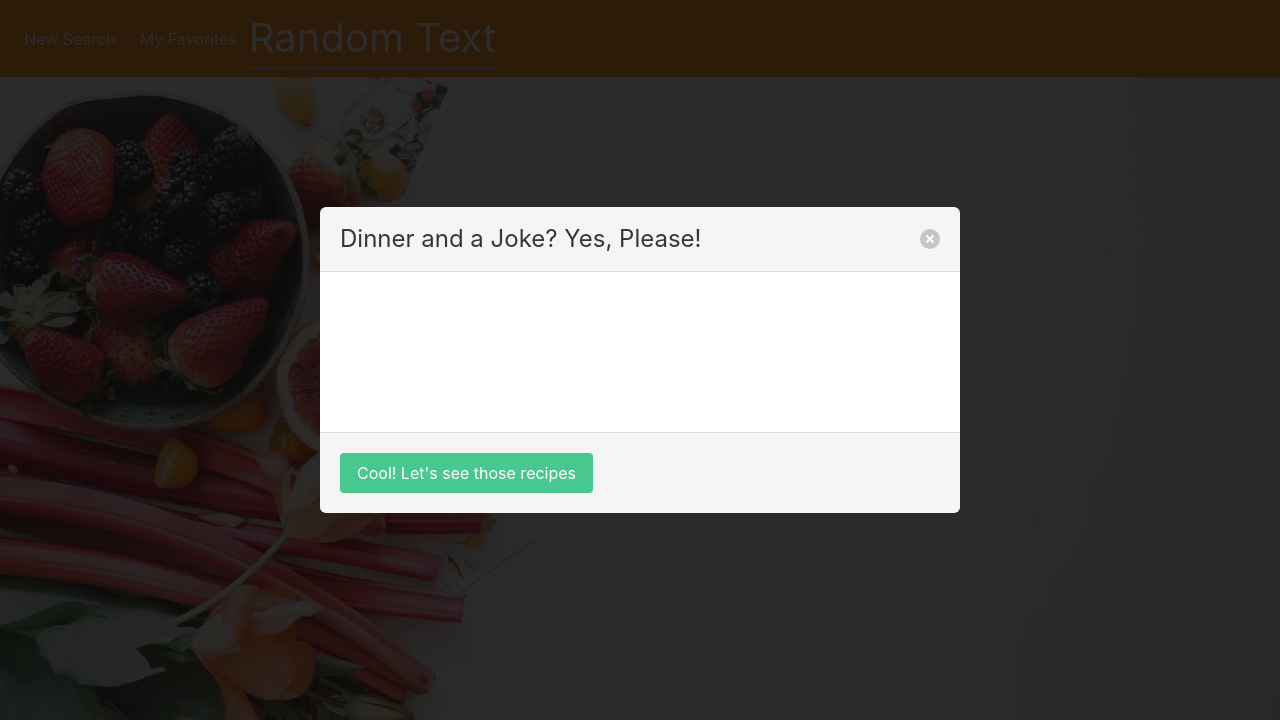
Repository: puakehaulani/the-hungry-app-proj1
Page: results.html
These files come from the project's save history. The page is drawn as it stood at one moment and after the next save; the edit follows.
The browser window is 1280 px wide. The pictures show the whole page.
The page's requests for data from a server got no answer. Some web libraries are served in a nearby version.

Above is the page before, as saved 2020-10-16 21:32:46.

### results.html
<!DOCTYPE html>
<html lang="en">

<head>
    <meta charset="UTF-8">
    <meta name="viewport" content="width=device-width, initial-scale=1.0">
    <title>Results</title>
    <!-- reset css -->
    <link rel="stylesheet" href="assets/style/reset.css">
    <!-- bulma cdn -->
    <link rel="stylesheet" href="https://cdnjs.cloudflare.com/ajax/libs/bulma/0.9.1/css/bulma.min.css">
    <!-- project css style sheet -->
    <link rel="stylesheet" href="assets/style/style.css">
</head>

<body>
    <nav class="navbar" role="navigation" aria-label="main navigation">
        <div class="navbar-menu">
            <!-- search new item link  -->
            <div class="navbar-item">
                <nav class="navbar" role="navigation" aria-label="main navigation">
                    <div class="navbar-menu">
                        <!-- search new item link  -->
                        <div class="navbar-item">
                            <a href="index.html">New Search</a>
                        </div>
                    </div>
                    <!-- link to favorites page on the left -->
                    <div class="navbar-end">
                        <div class="navbar-item">
                            <a href="favorites.html">My Favorites </a>
                        </div>
                    </div>
                <nav class="tabs is-centered is-size-5-mobile is-size-3-tablet is-size-2-widescreen" role="navigation" aria-label="main navigation">
    <ul id="display">
        Random Text
    </ul>

    <!-- bulma fontawesome -->
    <script defer src="https://use.fontawesome.com/releases/v5.14.0/js/all.js"></script>
    <!-- jquery cdn -->
    <script src="https://code.jquery.com/jquery-3.5.1.min.js"
        integrity="sha256-9/aliU8dGd2tb6OSsuzixeV4y/faTqgFtohetphbbj0=" crossorigin="anonymous"></script>
    <!-- Our JS -->
    <script src="assets/script/results.js"></script>


    <!-- // all code below is for the modal /// -->
    <div class="modal is-active" id="test">
        <div class="modal-background"></div>
        <div class="modal-card">
            <header class="modal-card-head">
                <p class="modal-card-title">Dinner and a Joke? Yes, Please!</p>
                <button class="delete" aria-label="close"></button>
            </header>
            <section class="modal-card-body">
                <h1 id="setup"></h1>
                <br>
                <h3>**Save a recipe for later and we'll show you the punchline!**</h3>
            </section>
            <footer class="modal-card-foot">
                <button class="button is-success" id="showjokesetup">
                    Cool! Let's see those recipes
                </button>
            </footer>
        </div>
    </div>

    <!-- // all code ABOVE is for the modal /// -->
    <!--punchline modal below-->
    <div class="modal" id="punch">
        <div class="modal-background"></div>
        <div class="modal-card">
            <header class="modal-card-head">
                <p class="modal-card-title">Favorite saved! Here's your punchline:</p>
                <button class="delete" aria-label="close"></button>
            </header>
            <section class="modal-card-body">
                <h1 id="punchline"></h1>
            </section>
            <footer class="modal-card-foot">
                <button class="button is-success" id="closepunchline">
                    wow that was hilarious!
                </button>
            </footer>
        </div>
    </div>


</body>

</html>

### assets/style/style.css

html{
    background-image: url(images/foodOnSIde.jpg);
    background-size: cover;
    background-repeat: no-repeat;
}

.navbar{
    background-color: #F78800;
}

.navbar-item{
    color: white;
}

.navbar-item a{
    color: white;
}

.button{
    background-color: #f78800;
    color: white;
}

#ingredientSearch{
    display: inline-block;
}

th{
    background-color: #f78800;
    color: white !important;
}

.display { background-color: rgba(252, 177, 15, 0.55) ;
           color: black;
           }

/* Elements that only exist on results html*/

#favRecipes{
    min-height: 300px;
    color: black;
    background-color: white;
    border-style: solid;
    border-width: 2px;
    border-radius: 15px;
    border-color: #F78800;
}

#favRecipes h1{
    background-color: #F78800;
    font-size: 2rem;
    color: white;
    border-radius: 10px;
}

#favJokes{
    min-height: 300px;
    color: black;
    background-color: white;
    border-style: solid;
    border-width: 2px;
    border-radius: 15px;
    border-color: #F78800;
}

#favJokes h1{
    background-color: #F78800;
    font-size: 2rem;
    color: white;
    border-radius: 10px;
}

### assets/script/results.js
// -----GLOBAL VAR-----
// string of user input ingredients from local storage
let ingredientsString = localStorage.getItem("ingredients")
console.log(ingredientsString);

// -----build functions-----

// ---build ingredient endpoint function---
function buildIngredientsURL() {
    let ingredientsAPIURL = "https://api.spoonacular.com/recipes/findByIngredients?"
    let ingredientsParams = {
        //route to user input id for ingredients
        apiKey: "eb7473b82620444ab521e6fa290c08a3",
        //route to user input id for recipe type (query)
        ingredients: ingredientsString,
        // //route to user input id for number of results
        // number: "",
    };
    console.log(ingredientsAPIURL + $.param(ingredientsParams));
    return ingredientsAPIURL + $.param(ingredientsParams);
}


// show results function
function showResults(responseli) {
    // -----build recipe url-----
    let $display = $("#display");
    $display.empty();
    for (i = 0; i < 10; i++) {
        let li = $("<li>");
        let viewBtn = $("<a>");
        let saveBtn = $("<button>");
        li.text(responseli[i].title);
        viewBtn.text("View Recipe");
        viewBtn.attr("class", "button is-inverted is-outlined");
        viewBtn.attr("target", "_blank")
        saveBtn.text("Save to Favorites");
        saveBtn.attr("id", "saveBtn");
        saveBtn.attr("class", "is-inverted is-outlined");

        li.append(viewBtn);
        li.append(saveBtn);
        $display.append(li);

        let recipeId = responseli[i].id;
        console.log(recipeId);
        let recipeAPI = "https://api.spoonacular.com/recipes/" + recipeId + "/information?apiKey=eb7473b82620444ab521e6fa290c08a3&includeNutrition=false";
        // ajax call to get url for recipe, commented out to preserve quota
        $.ajax({
            url: recipeAPI,
            method: "GET",
        }).then(function (response) {
            console.log(response);
            let responseLink = response.sourceUrl;
            console.log(responseLink);
            li.attr("data-link", responseLink);
            viewBtn.attr("href", responseLink);
        })
    }
}


// https://official-joke-api.appspot.com/random_joke
// ----build URL function----

$(document).ready(function () {
    let queryURL = "https://official-joke-api.appspot.com/random_joke";
    $.ajax({
        url: queryURL,
        method: "GET"
    }).then(function (response) {
        console.log(response.setup);
        console.log(response.punchline);
        $("#setup").text(response.setup)
        $("#punchline").text(response.punchline)
        localStorage.setItem("punchline", response.punchline)
        localStorage.setItem("setup", response.setup)
    });

    // event listener and handling for a user that doesn't want to see joke
    $("#nojoke").on("click", function () {
        console.log("no")
    });


    let test = document.querySelector("#test");
    let showjokesetup = document.querySelector("#showjokesetup");
    console.log(showjokesetup);
    showjokesetup.addEventListener("click", function () {
        test.classList.toggle("is-active");
    })
});


// -----CALLS-----
let ingredientAPI = buildIngredientsURL();
//ajax call working, commented out to preserve quota
$.ajax({
    url: ingredientAPI,
    method: "GET",
}).then(function (response) {
    console.log(response);
    showResults(response);
    // click function for save btn, same format as for modal earlier //
    let punch = document.querySelector("#punch");
    let showpunchline = document.querySelector("#saveBtn");
    console.log("lexilog " + showpunchline);
    showpunchline.addEventListener("click", function () {
        punch.classList.toggle("is-active");
        console.log("lexilog2 " + localStorage.getItem("punchline"));
        $("#punchline").text(localStorage.getItem("punchline"));

        //these local storages needs work, this will currently just store one
        // localStorage.setItem("favetitle ", );
        // localStorage.setItem("favelink ", );
    })
    // click function to close modal
    let closepunchline = document.querySelector("#closepunchline");
    console.log("lexilogclose " + closepunchline);
    closepunchline.addEventListener("click", function () {
        punch.classList.toggle("is-active");
    })
})

Loaded but not shown: assets/style/reset.css (common file)

After the next save:
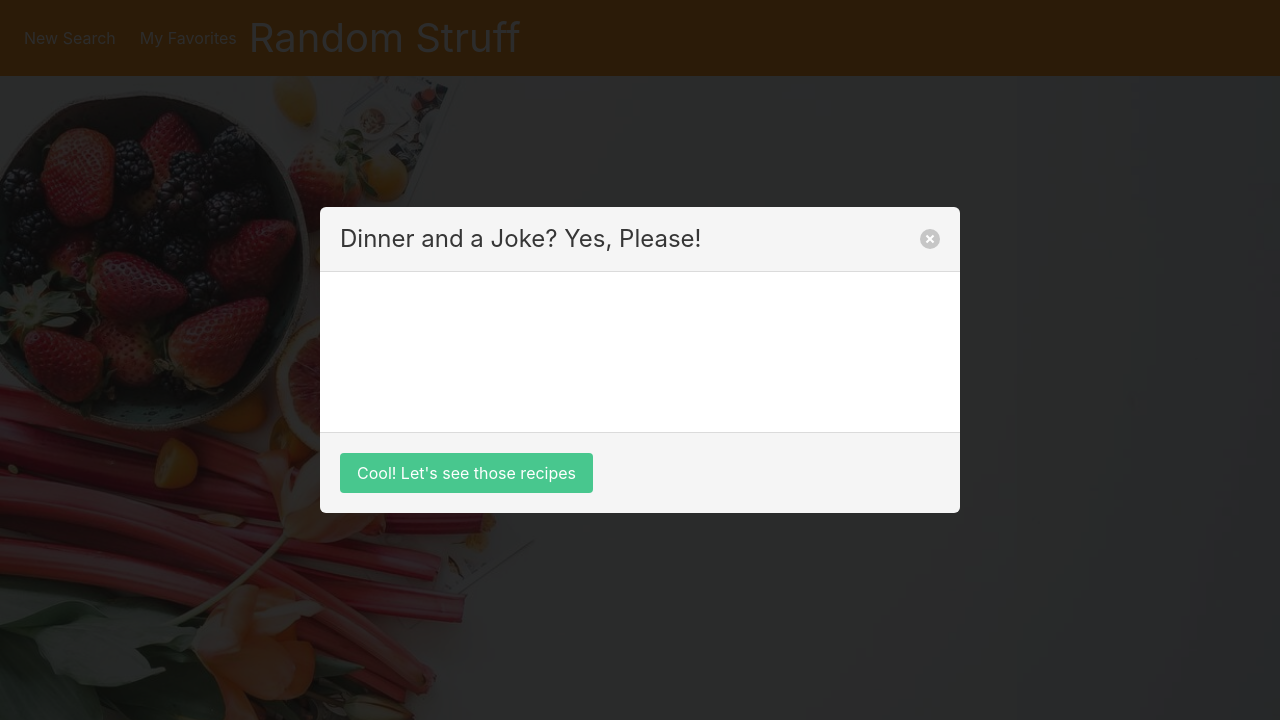
Saved 2 min 13 s later.
--- a/results.html
+++ b/results.html
@@ -32,9 +32,12 @@
                         </div>
                     </div>
                 <nav class="tabs is-centered is-size-5-mobile is-size-3-tablet is-size-2-widescreen" role="navigation" aria-label="main navigation">
-    <ul id="display">
-        Random Text
-    </ul>
+
+
+    <li id="display">
+        Random
+        Struff
+    </li>
 
     <!-- bulma fontawesome -->
     <script defer src="https://use.fontawesome.com/releases/v5.14.0/js/all.js"></script>
